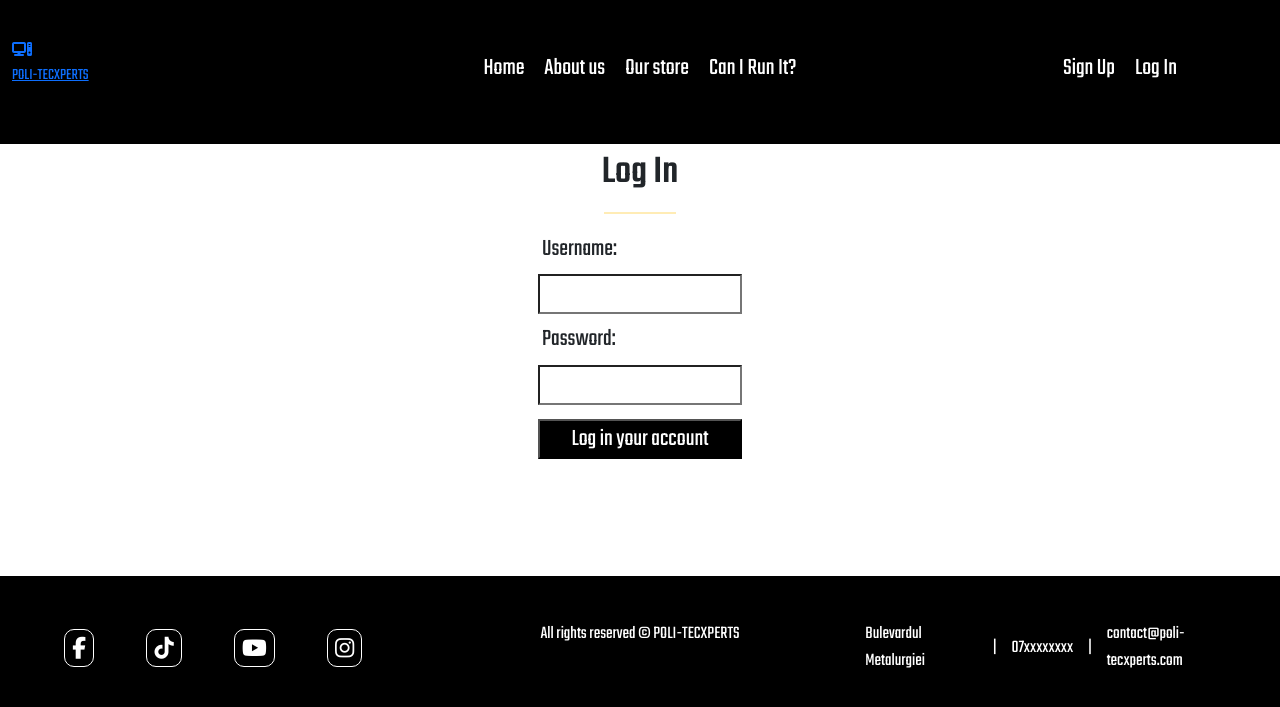
Repository: cristibtz/POLI_TECXPERTS
Page: login/login.html
An editor plug-in stored every save of this project. The page is shown before and after the next save, followed by the edit.
The browser window is 1280 px wide. The pictures show the whole page.

Above is the page before, as saved 2024-04-27 20:13:37.

After the next save:
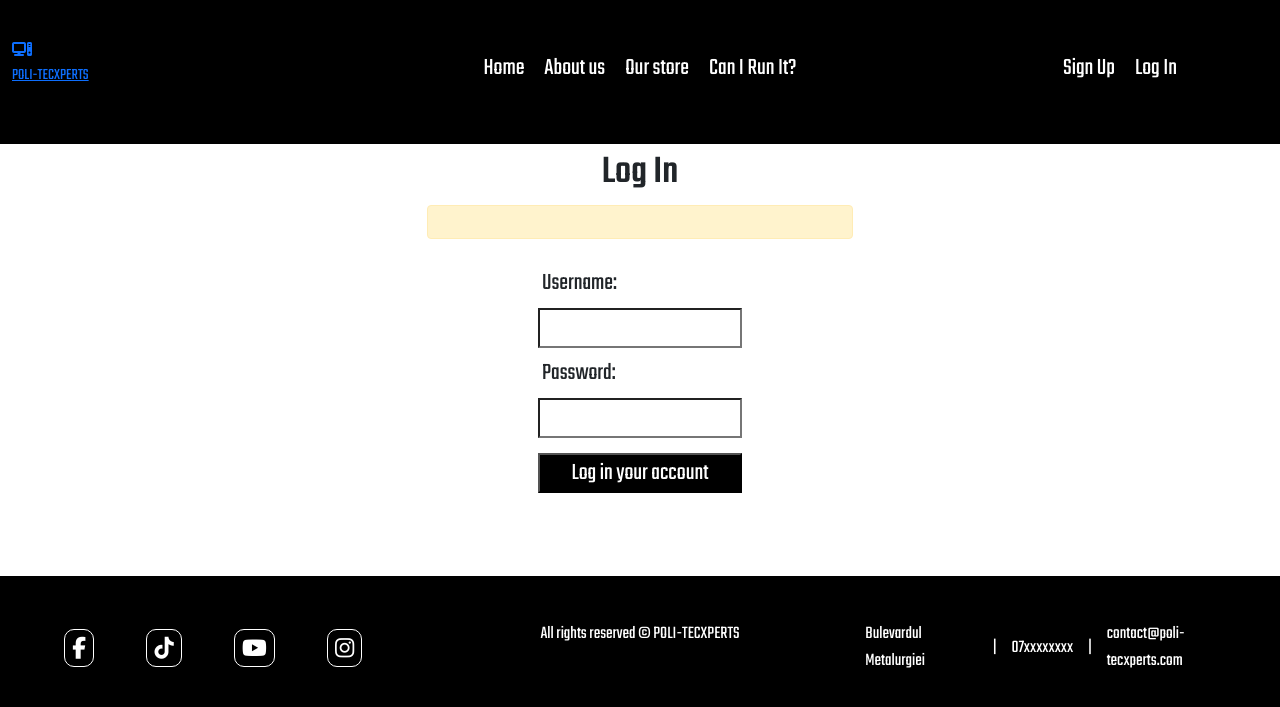
Saved 35 s later.
--- a/css/forms.css
+++ b/css/forms.css
@@ -7,7 +7,7 @@
     border-radius: 0;
 }
 
-.alert {
+.content .alert div {
     margin: 1vh auto;
     width: 10vh;
     padding: 0;

After the save that followed:
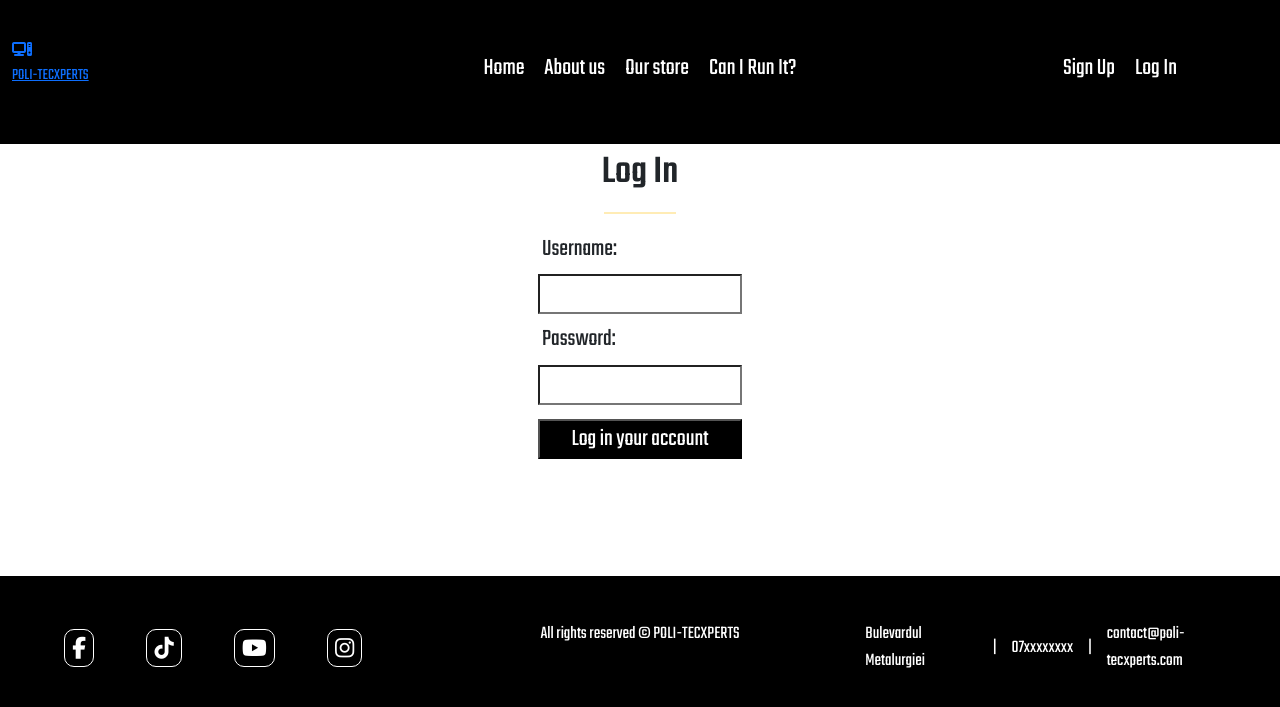
Saved 38 s later.
--- a/css/forms.css
+++ b/css/forms.css
@@ -7,7 +7,7 @@
     border-radius: 0;
 }
 
-.content .alert div {
+.content .row .alert  {
     margin: 1vh auto;
     width: 10vh;
     padding: 0;
